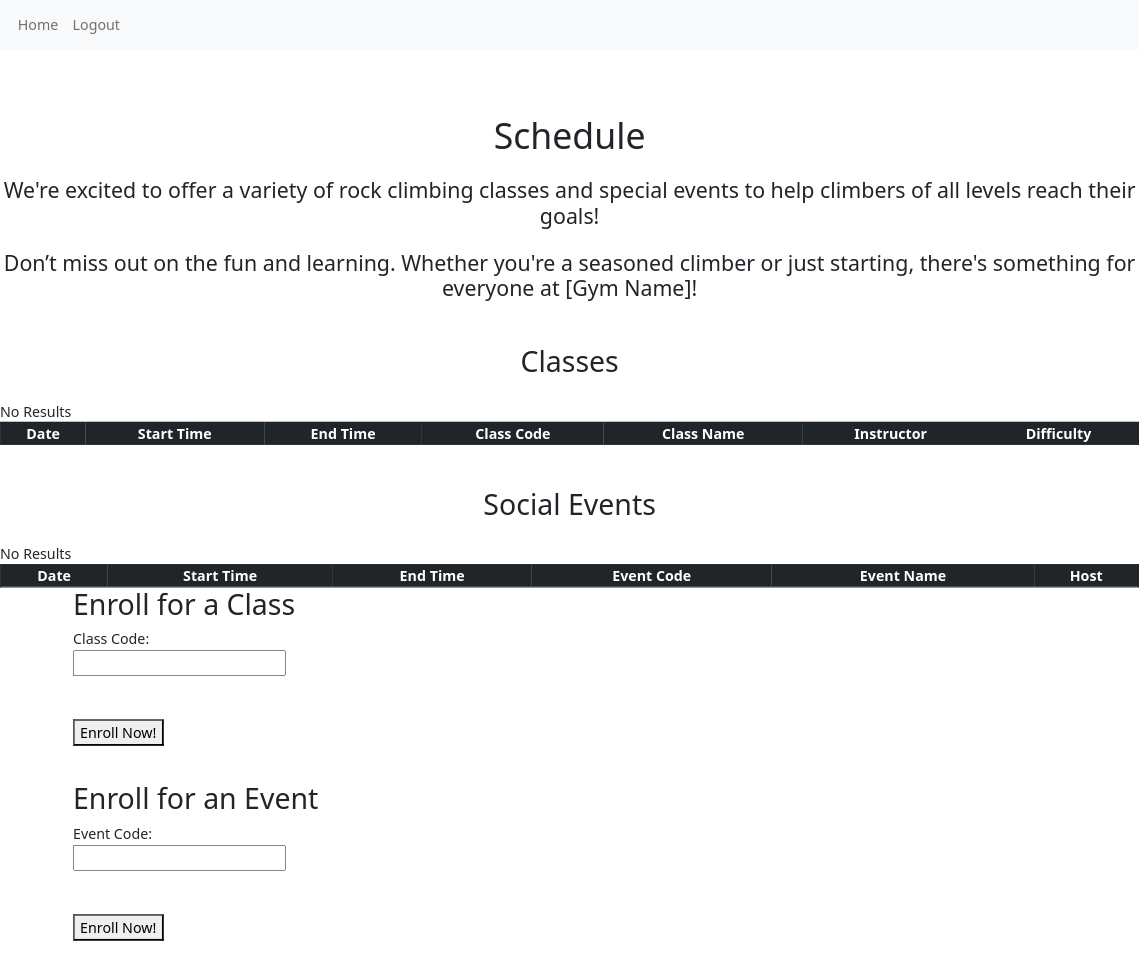
Repository: jennefercampoverde/Rock-Climb-Up
Page: http://localhost/climberSchedule.php
The author's editor kept a copy of each file at every save. The page is drawn from the files as they stood at one save, then again after the next save.
The browser window is 1280 px wide. The pictures show the whole page, at 89% of full size.
The page is run by PHP 8.4 with error messages shown; the project is at /var/www/html/. Queries for data that is not in the repository find no rows.

Above is the page before, as saved 2024-12-09 01:19:23.

### climberSchedule.php
<html>
<head>
    <link rel="stylesheet" type="text/css" href="style.css">
</head>
<head>
    <meta charset="utf-8">
    <meta name="viewport" content="width=device-width, initial-scale=1">
    <title> Dashboard </title>

    <link href="https://cdn.jsdelivr.net/npm/bootstrap@5.2.3/dist/css/bootstrap.min.css" rel="stylesheet" integrity="sha384-rbsA2VBKQhggwzxH7pPCaAqO46MgnOM80zW1RWuH61DGLwZJEdK2Kadq2F9CUG65" crossorigin="anonymous">
  </head>
  <body>
    <nav class="navbar navbar-expand-lg bg-light">
      <div class="container-fluid">
        <button class="navbar-toggler" type="button" data-bs-toggle="collapse" data-bs-target="#navbarNavAltMarkup" aria-controls="navbarNavAltMarkup" aria-expanded="false" aria-label="Toggle navigation">
          <span class="navbar-toggler-icon"></span>
        </button>
        <div class="collapse navbar-collapse" id="navbarNavAltMarkup">
          <div class="navbar-nav">
            <a class="nav-link" href="index2.html">Home</a>
            <a class="nav-link " aria-current="page" href="logout.php">Logout</a>
          </div>
        </div>
      </div>
    </nav>
    <br>
    <br>
    <br>
    <h1 id = "ClimberHeader">
        Schedule
    </h1>
    <br>
    <h4 id = "ClimberHeader">
        We're excited to offer a variety of rock climbing classes and special events to help climbers of all levels reach their goals!
    </h4>
    <br>
    <h4 id = "ClimberHeader">
        Don’t miss out on the fun and learning. Whether you're a seasoned climber or just starting, there's something for everyone at [Gym Name]!
    </h4>
    <br>
    <br>
</body>

<body>
    <h2 class="tableHeaders"> Classes </h2>
    <br>
    <table class="tablesFormatClasses">
        <tr class="bg-dark text-white">
            <th>Date</th>
            <th>Start Time</th>
            <th>End Time</th>
            <th>Class Code</th>
            <th>Class Name</th>
            <th>Instructor</th>
            <th>Difficulty</th>
        </tr>
        <?php
        // Database information
        $servername = "localhost";
        $username = "root";
        $password = "";
        $dbname = "seproject2";

        $conn = new mysqli($servername, $username, $password, $dbname);
        // establishing database connection
        if ($conn->connect_error) {
            die("Connection failed: " . $conn->connect_error);
        }

        // retrieving data from classes table
        $sql = "SELECT * FROM classes";
        $result = $conn->query($sql);

        if ($result->num_rows >0){
            while ($row = $result-> fetch_assoc()){
                echo "<tr>
                <td>" . $row['Date'] . "</td>
                <td>" . $row['StartTime'] . "</td>
                <td>" . $row['EndTime'] . "</td>
                <td>" . $row['ClassID'] . "</td>
                <td>" . $row['ClassName'] . "</td>
                <td>" . $row['UserID'] . "</td>
                <td>" . $row['Difficulty'] . "</td>
                </tr>";
            }
        } else{
            echo"No Results";
        }
        ?>
    </table>
    <br>
    <br>
</body>
<body>
    <h2 class="tableHeaders"> Social Events </h2>
    <br>
    <table class="tablesFormatClasses">
        <tr class="bg-dark text-white">
            <th>Date</th>
            <th>Start Time</th>
            <th>End Time</th>
            <th>Event Code</th>
            <th>Event Name</th>
            <th>Host</th>
        </tr>
        <?php
        // Database information
        $servername = "localhost";
        $username = "root";
        $password = "";
        $dbname = "seproject2";

        $conn = new mysqli($servername, $username, $password, $dbname);
        // establishing database connection
        if ($conn->connect_error) {
            die("Connection failed: " . $conn->connect_error);
        }

        // retrieving data from classes table
        $sql = "SELECT * FROM events";
        $result = $conn->query($sql);

        if ($result->num_rows >0){
            while ($row = $result-> fetch_assoc()){
                echo "<tr>
                <td>" . $row['Date'] . "</td>
                <td>" . $row['StartTime'] . "</td>
                <td>" . $row['EndTime'] . "</td>
                <td>" . $row['EventID'] . "</td>
                <td>" . $row['EventName'] . "</td>
                <td>" . $row['UserID'] . "</td>
                </tr>";
            }
        } else{
            echo"No Results";
        }
        ?>
    </table>
</body>
<?php
// Database infor
$servername = "localhost";
$username = "root";
$password = "";
$dbname = "seproject2";

$conn = new mysqli($servername, $username, $password, $dbname);
// establishing connection
if ($conn->connect_error) {
    die("Connection failed: " . $conn->connect_error);
}

// Handle form submission
if ($_SERVER["REQUEST_METHOD"] == "POST") {
    if (isset($_POST['ClassID'])) { // Class Enrollment Form Submission
        $classCode = $_POST['ClassID'];

        // Check if class code exists in the database
        $classCheckQuery = "SELECT * FROM classes WHERE ClassID = ?";
        $stmt = $conn->prepare($classCheckQuery);
        $stmt->bind_param("s", $classCode);
        $stmt->execute();
        $classResult = $stmt->get_result();

        if ($classResult->num_rows > 0) {
            // If class code is valid, increment seats
            $updateClassQuery = "UPDATE classes SET seats = seats + 1 WHERE ClassID = ?";
            $stmt3 = $conn->prepare($updateClassQuery);
            $stmt3->bind_param("s", $classCode);

            if ($stmt3->execute()) {
                echo "Enrollment successful! Participants count updated.";
            } else {
                echo "Error: " . $stmt3->error;
            }
            $stmt3->close();
        } else {
            echo "Error: Invalid class code.";
        }

        $stmt->close();
    }

    if (isset($_POST['EventID'])) { // Event Enrollment Form Submission
        $eventCode = $_POST['EventID'];

        // Check if event code exists in the database
        $eventCheckQuery = "SELECT * FROM events WHERE EventID = ?";
        $stmt2 = $conn->prepare($eventCheckQuery);
        $stmt2->bind_param("s", $eventCode);
        $stmt2->execute();
        $eventResult = $stmt2->get_result();

        if ($eventResult->num_rows > 0) {
            // If event code is valid, increment seats
            $updateEventQuery = "UPDATE events SET seats = seats + 1 WHERE EventID = ?";
            $stmt4 = $conn->prepare($updateEventQuery);
            $stmt4->bind_param("s", $eventCode);

            if ($stmt4->execute()) {
                echo "Enrollment successful! Participants count updated.";
            } else {
                echo "Error: " . $stmt4->error;
            }
            $stmt4->close();
        } else {
            echo "Error: Invalid event code.";
        }

        $stmt2->close();
    }

    $conn->close();
}
?>
<body>
    <div class="container">
        <div class="form-container">
            <h2>Enroll for a Class</h2>
            <form method="POST">
                <label for="classID">Class Code:</label><br>
                <input type="text" id="classID" name="ClassID" required><br><br><br>
                <button type="submit">Enroll Now!</button>
            </form>
        </div>
    </div>

    <br>

    <div class="container">
        <div class="form-container">
            <h2>Enroll for an Event</h2>
            <form method="POST">
                <label for="eventID">Event Code:</label><br>
                <input type="text" id="eventID" name="EventID" required><br><br><br>
                <button type="submit">Enroll Now!</button>
            </form>
        </div>
    </div>

</body>
</html>

### style.css


#ClimberHeader,.tableHeaders, .headers
{
    margin: auto;
    text-align: center;

}

.tablesFormatClasses{
    border: 1px solid;
    text-align: center;
    width: 100%;
    background-color: #96D4D4;

}
.tablesFormatEvents{
    border: 1px solid;
    text-align: center;
    width: 100%;
    background-color: #96D4A4;
}

.tablesFormatForms {
  border: 1px solid;
  text-align: center;
  margin-top:50px;
  border:none;
  width: 80%;
  border-collapse: collapse;
  margin-left:10%;
  margin-right:10%;
}

.tablesFormatForms td {
  width: 33%;
  vertical-align: top;
}

.dashboardContainers {
  height: auto;
  width: 95%;
  padding: 10px;
  border:3px solid black;
  border-radius:5px;
  text-align: center;
}



.tablesFormatClasses tr:hover, .tablesFormatEvents tr:hover, .tablesFormatUsers tr:hover{
    background-color:  #D6EEEE;
}

.tablesFormatForms tr{
  width:100%;
}

.tablesFormatUsers{
    border: 1px solid;
    text-align: center;
    width: 100%;
    background-color: #B660A4;
}

.dashboardContainers form {
  width: 90%; /* Uniform width for all forms */
  margin: 0 auto; /* Center the forms */
}

.dashboardContainers label, .dashboardContainers input {
  display: block; /* Stack form elements vertically */
  width: 90%; /* Consistent width for labels and inputs */
  margin: 10px auto; /* Add spacing and center the elements */
  box-sizing: border-box;
}

.dashboardContainers input[type="text"] {
  padding: 5px; /* Add padding for better appearance */
}

.dashboardContainers input[type="submit"] {
  width: auto; /* Adjust button width automatically */
  padding: 5px 15px;
  cursor: pointer;
}

.staff {
  width:50%;
  height:50%;
}

.tablesFormatStaff {
  text-align: center;
  margin-top:50px;
  border:none;
  width: 80%;
  border-collapse: collapse;
  margin-left:10%;
  margin-right:10%;
}

.tablesFormatStaff td {
  width: 33%;
  vertical-align: top;
}

.staffContainers {
  height: auto;
  width: 95%;
  padding: 10px;
  border-radius:5px;
  text-align: center;
}

#home {
  background-color:#111;
  color:white;
}

#allText {
  margin-right:5%;
  margin-left:5%;
}

#allText div p {
	font-size:24px;
}

.scroll {
	scroll-snap-align:center;
	text-align:center;
	flex:none;
	margin-bottom:200px;
}

.scroll-animation {
	scroll-snap-align:center;
	text-align:center;
	flex:none;
	margin-bottom:250px;
	opacity: 0;
	transform: translateY(20px); /* Example animation: Slide up from bottom */
	transition: opacity 0.5s ease, transform 0.5s ease;
}

.scroll-animation.is-visible {

  opacity: 1;

  transform: translateY(0);

}

.test {
	border:none;
}

/* Dropdown Button */
.dropbtn {
  background-color: #3498DB;
  color: white;
  padding: 10px;
  font-size: 16px;
  border: none;
  cursor: pointer;
}

/* Dropdown button on hover & focus */
.dropbtn:hover, .dropbtn:focus {
  background-color: #2980B9;
}

/* The container <div> - needed to position the dropdown content */
.dropdown {
  position: relative;
  display: inline-block;
}

/* Dropdown Content (Hidden by Default) */
.dropdown-content {
  display: none;
  position: absolute;
  background-color: #f1f1f1;
  min-width: 160px;
  box-shadow: 0px 8px 16px 0px rgba(0,0,0,0.2);
  z-index: 1;
}

/* Links inside the dropdown */
.dropdown-content a {
  color: black;
  padding: 12px 16px;
  text-decoration: none;
  display: block;
}

/* Change color of dropdown links on hover */
.dropdown-content a:hover {
  background-color: #ddd;
}

/* Show the dropdown menu (use JS to add this class to the .dropdown-content container when the user clicks on the dropdown button) */
.show {
  display:block;
}
.scrollDownTextUnenroll{
  text-align: center;
caption-side: bottom;
color:white



}

.errorText{
  color: red;
}

After the next save:
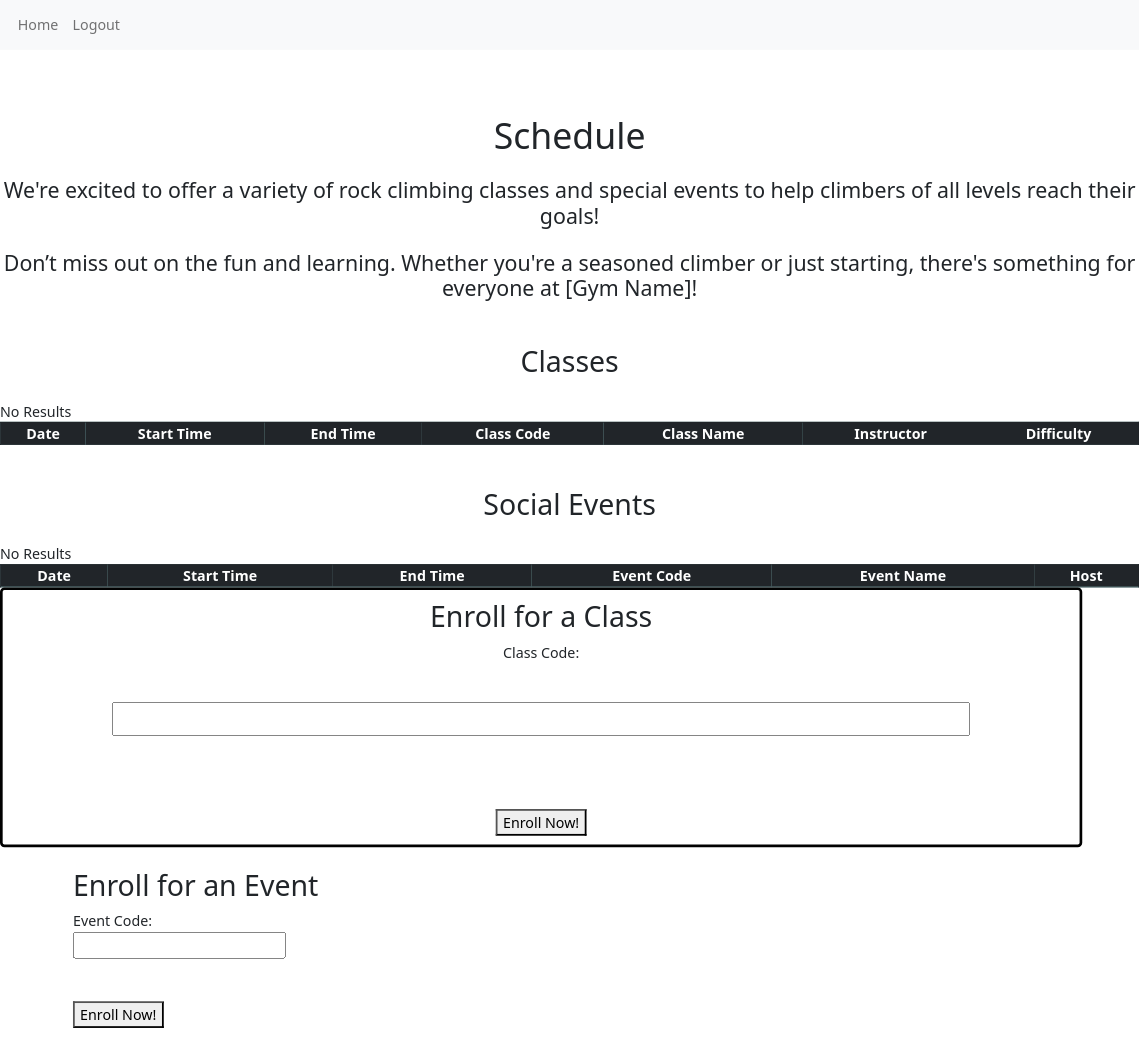
Saved 2 min 43 s later.
--- a/climberSchedule.php
+++ b/climberSchedule.php
@@ -214,7 +214,7 @@
 }
 ?>
 <body>
-    <div class="container">
+    <div  id="unEnrollClassContainer"  class="dashboardContainers" >
         <div class="form-container">
             <h2>Enroll for a Class</h2>
             <form method="POST">

After the save that followed:
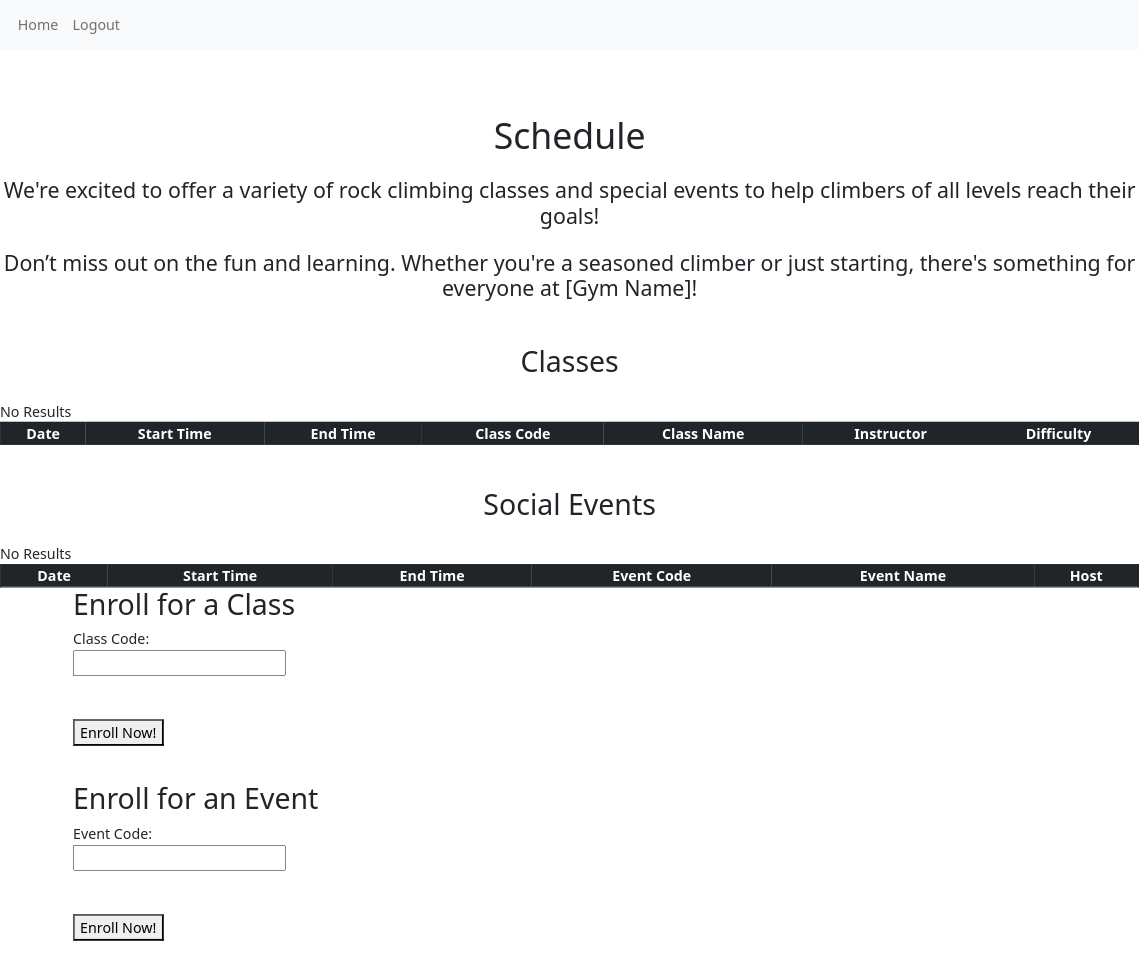
Saved 32 s later.
--- a/climberSchedule.php
+++ b/climberSchedule.php
@@ -214,7 +214,7 @@
 }
 ?>
 <body>
-    <div  id="unEnrollClassContainer"  class="dashboardContainers" >
+    <div class="container" >
         <div class="form-container">
             <h2>Enroll for a Class</h2>
             <form method="POST">
